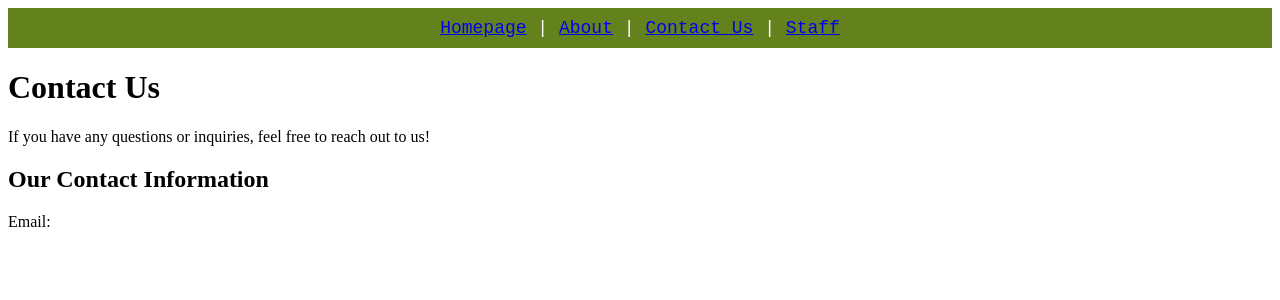
Repository: ficotims/HTML-RESTART
Page: Contact us.html
The author's editor kept a copy of each file at every save. The page is drawn from the files as they stood at one save, then again after the next save.
The browser window is 1280 px wide. The pictures show the whole page.

Above is the page before, as saved 2026-02-08 13:58:07.

After the next save:
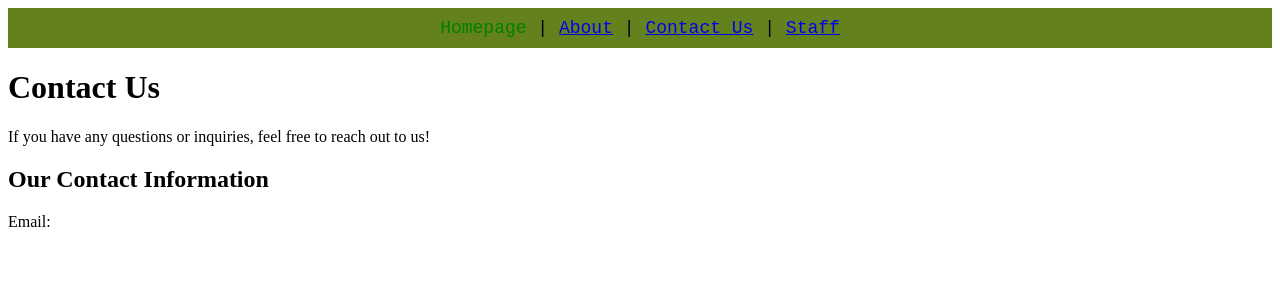
Saved 4 min 18 s later.
--- a/Contact us.html
+++ b/Contact us.html
@@ -7,8 +7,8 @@
     </head>
     <body>
           <!-- NAVIGATION SECTION -->
- <div style="background-color: rgb(99, 129, 29); color: white; padding: 10px; text-align: center; font-size: 18px; font-family: monospace, Lemon milk;">
-    <a href="Homepage.html" target="_top">Homepage</a> |
+ <div style="background-color: rgb(99, 129, 29); padding: 10px; text-align: center; font-size: 18px; font-family: monospace, Lemon milk;">
+    <a href="Homepage.html" style="color: green; text-decoration: none;">Homepage</a> |
     <a href="about.html">About</a> | <a href="Contact us.html">Contact Us</a> |
     <a href="staff.html">Staff</a>
      </div>
